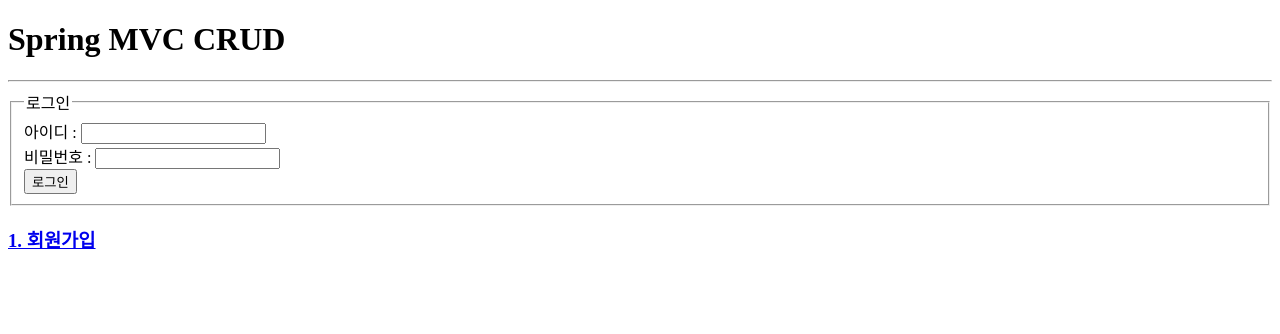
Repository: bbookk1104/spring-workspace
Page: http://localhost/02_SpringMVC_CRUD/
An editor plug-in stored every save of this project. The page is shown before and after the next save, followed by the edit.
The browser window is 1280 px wide. The pictures show the whole page.
The page is served by Tomcat 9.

Above is the page before, as saved 2022-10-04 01:13:07.

After the next save:
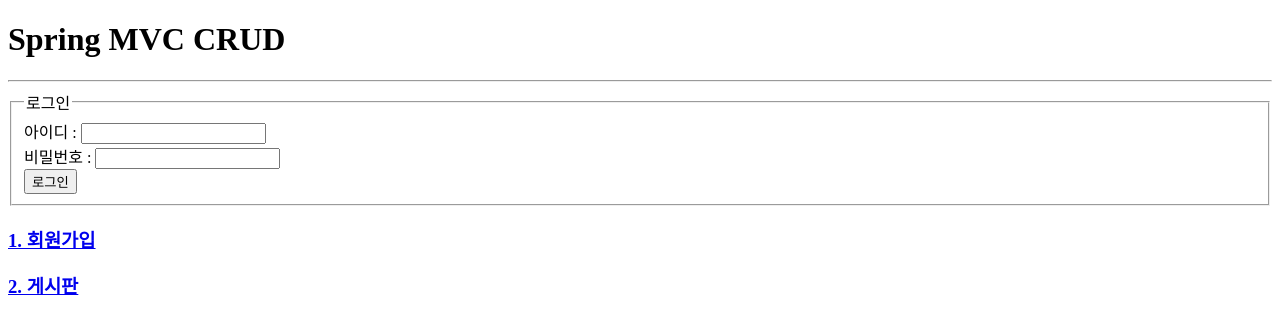
Saved 9 min 7 s later.
--- a/02_SpringMVC_CRUD/src/main/webapp/index.jsp
+++ b/02_SpringMVC_CRUD/src/main/webapp/index.jsp
@@ -21,6 +21,7 @@
 				</fieldset>
 			</form>
 			<h3><a href="/joinFrm.do">1. 회원가입</a></h3>
+			<h3><a href="/boardList.do">2. 게시판</a></h3>
 		</c:when>
 		<c:otherwise>
 			<h2>[${sessionScope.m.memberName }]님 환영합니다.</h2>
